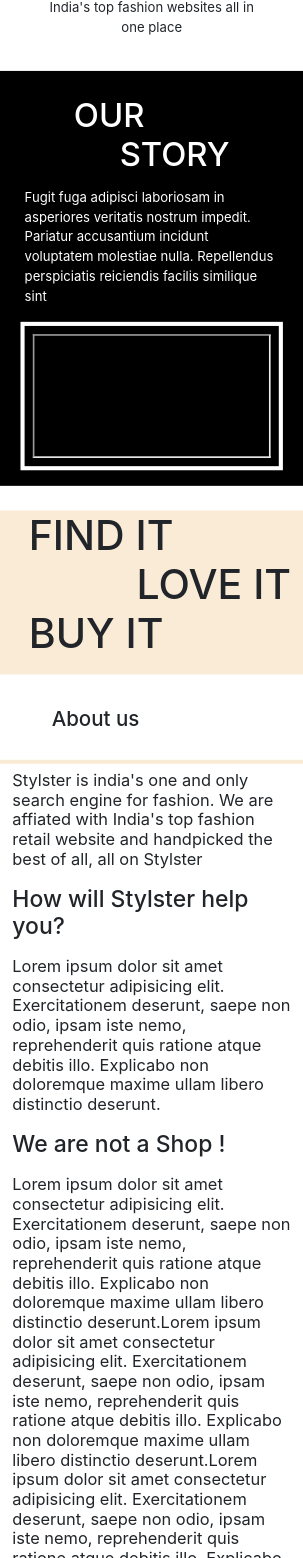
Repository: Lovekr/stylester
Page: stylster_frontend_design/about.html
These files come from the project's save history. The page is drawn as it stood at one moment and after the next save; the edit follows.
The browser window is 370 px wide. The pictures show the part of the page from y = 1019 to 2919 px (the page is 5057 px tall before and 4920 px after), at 82% of full size.
Pictures or frames that could not be fetched are drawn as grey boxes. Some web fonts or font styles are not loaded; a fallback is used.

Above is the page before, as saved 2020-02-27 10:11:44.

After the next save:
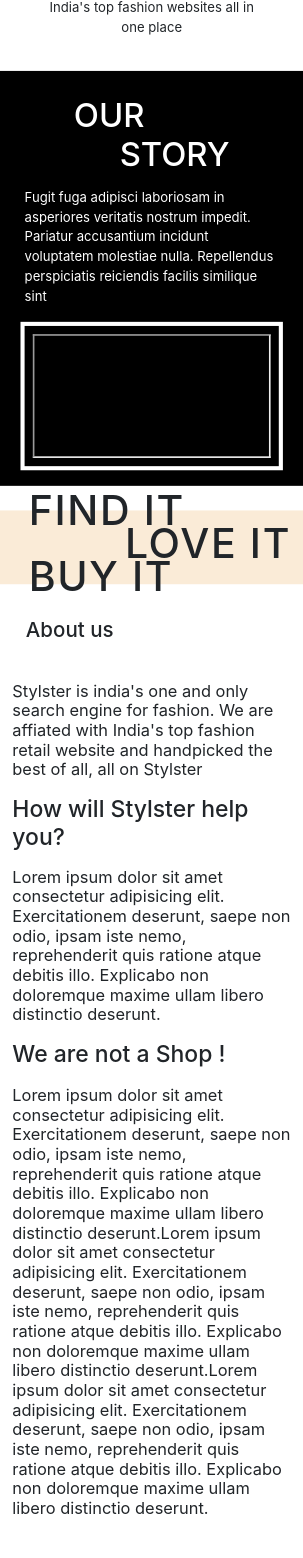
Saved 90 s later.
--- a/stylster_frontend_design/css/about.css
+++ b/stylster_frontend_design/css/about.css
@@ -1,5 +1,3 @@
-@import url('https://fonts.googleapis.com/css?family=Allerta+Stencil&display=swap');
-
 *{
     margin: 0;
     padding: 0;
@@ -49,7 +47,7 @@
 
 #navbar input{
     width: 65%;
-    margin:auto 100px;
+    margin:auto 150px auto 30px;
      outline: 0;
     border-width: 0 0 2px;
     border-color: rgb(179, 174, 174);
@@ -144,7 +142,7 @@
   }
 .float-header{
 
-    height: 700px;
+    height: 600px;
 }
 
   #header .header-title{
@@ -158,9 +156,12 @@
     position:relative;
     top: 100px;
     padding: 20px;
-    font-size: 45px;
+
     left: -20px;
     opacity: .9;
+    font-size: 55px;
+
+    letter-spacing: 2px;
 }
 #header .header-title h1{
     background-color: antiquewhite;
@@ -203,13 +204,13 @@
 .top-left{
     position: absolute;
     left: 0;
-    top: 30%;
+    top: 20%;
 }
 
 .top-right{
     position:  absolute;
     right: 0;
-    top: 30%;
+    top: 20%;
 }
 
 
@@ -230,12 +231,16 @@
     width: 60%;
     height: 300px;
    position: absolute;
-   top: 45%;
+   top: 38%;
    left: 20%;
    padding: 10px 150px;
    border: 3px solid rgb(194, 89, 89);
 }
 
+
+.textSpace{
+    letter-spacing: 10px;
+}
 .bgblack{
 
     background-color: black;
@@ -255,14 +260,18 @@
 .bgpink{
     margin-top: 30px;
     background-color: antiquewhite;
-    height: 200px;
+    height: 160px;
+    z-index: 10;
 
 }
 
 .find h1{
+    letter-spacing: 2px;
+    margin-top: -30px;
    z-index: 55;
     font-size: 70px;
     padding-left: 20px;
+    padding-bottom: 10px;
 
 }
 .linewraper{
@@ -271,23 +280,24 @@
   justify-content: flex-end;
 }
 .line2{
-    border-bottom: 4px solid antiquewhite;
+    border-bottom:3px solid rgb(197, 193, 193);
     position: relative;
     bottom: 150px;
     width: 700px;
 
 }
 .line3{
-    border-bottom: 5px solid antiquewhite;
+    border-bottom: 3px solid rgb(197, 193, 193);
     position: relative;
     bottom: -100px;
     width: 900px;
 }
 
 .about-us-title{
+    padding-left: 300px;
  margin-top: 30px;
     display: flex;
-    justify-content: flex-end;
+    justify-content: center;
 width: 100%;
 margin-right:200px ;
 font-size: 45px;
@@ -404,6 +414,11 @@
 
 @media only screen and (max-width: 1024px){
     .float-header .center {
+
+        height: 270px;
+
+    }
+    .float-header .center {
         padding: 10px 90px;
     }
     #header .header-title h1 {
@@ -422,7 +437,7 @@
     }
     .mission-subtitle {
 
-        margin: 0px 150px 20px 150px;
+        margin: 20px 150px 20px 150px;
     }
     .top-left, .top-right, .bottom-left, .bottom-right {
         width: 280px;
@@ -444,7 +459,7 @@
 }
 
     .mission-subtitle {
-        margin: 0px 70px 20px 70px;
+        margin: 20px 70px 20px 70px;
     }
 
     #header .header-title h2 {
@@ -469,21 +484,36 @@
         height: 150px;
         width: 220px;
     }
-    .center img{
-        margin-top: 50px;
-    }
+    .float-header {
+        height: 500px;
+    }
+    .float-header .center {
+        height: 200px;
+    }
+
     .find h1 {
          font-size: 50px;
         }
 }
 
-
+.line10{
+    margin-left: -20px;
+    border-bottom: 3px solid rgb(180, 180, 180);
+    width: 300px;
+
+}
 .bgblack{
     margin-top: -90px;
 }
 
 @media only screen and (max-width: 500px){
-
+    .line3,.line2{
+        display: none;
+    }
+    .bgpink {
+
+        height: 80px;
+    }
     .about-us-title {
 
         font-size: 25px;
@@ -503,6 +533,7 @@
         bottom: 5%;
     }
     #header .header-title h2 {
+        letter-spacing: 0;
         width: 300px;
         font-size: 25px;
         padding: 10px;
@@ -545,7 +576,7 @@
      font-size: 50px;
     }
     .mission-subtitle {
-        margin: 0px 0px 20px 0px;
+        margin: 20px 0px 20px 0px;
     }
     .start-button button {
         width: 150px !important;
@@ -563,7 +594,8 @@
         }
 
         .about-us-title {
-
+            margin-top: 60px;
+            padding-left:  0px;
             font-size: 25px;
         }
         #footer .row {
@@ -586,6 +618,21 @@
 }
 
 @media only screen and (max-width: 800px){
+
+    .let-get-start h1 {
+        font-size: 40px;
+    }
+
+    .bgpink {
+
+        height: 90px;
+    }
+
+    .about-us-title {
+        margin-top: 40px;
+        padding-left:  0px;
+        font-size: 25px;
+    }
    #header .header-title h1 {
     top: 250px;
 }
